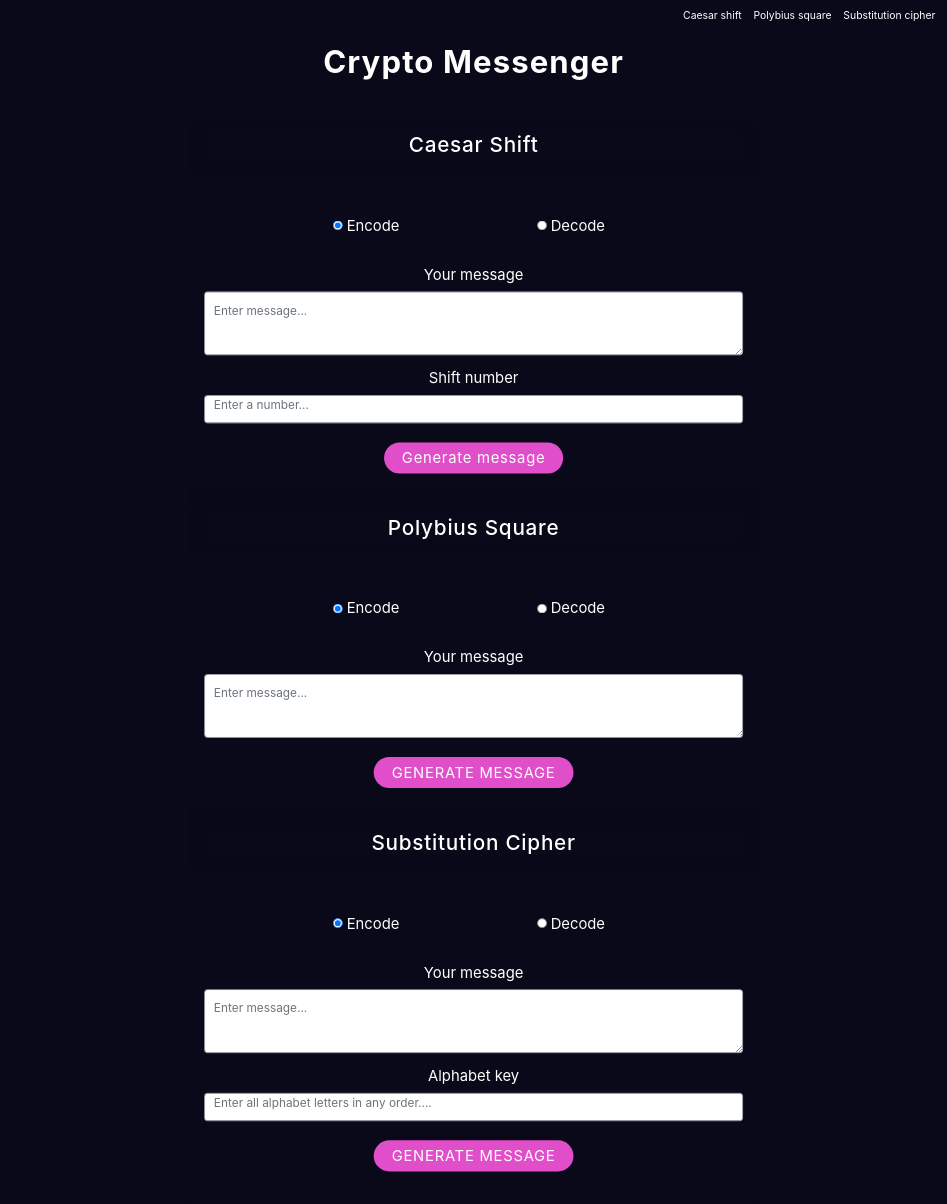
Repository: Rthompson2548/Project-Decoder-Ring
Page: index.html
An editor plug-in stored every save of this project. The page is shown before and after the next save, followed by the edit.
The browser window is 1280 px wide. The pictures show the whole page, at 74% of full size.

Above is the page before, as saved 2022-04-09 20:29:19.

After the next save:
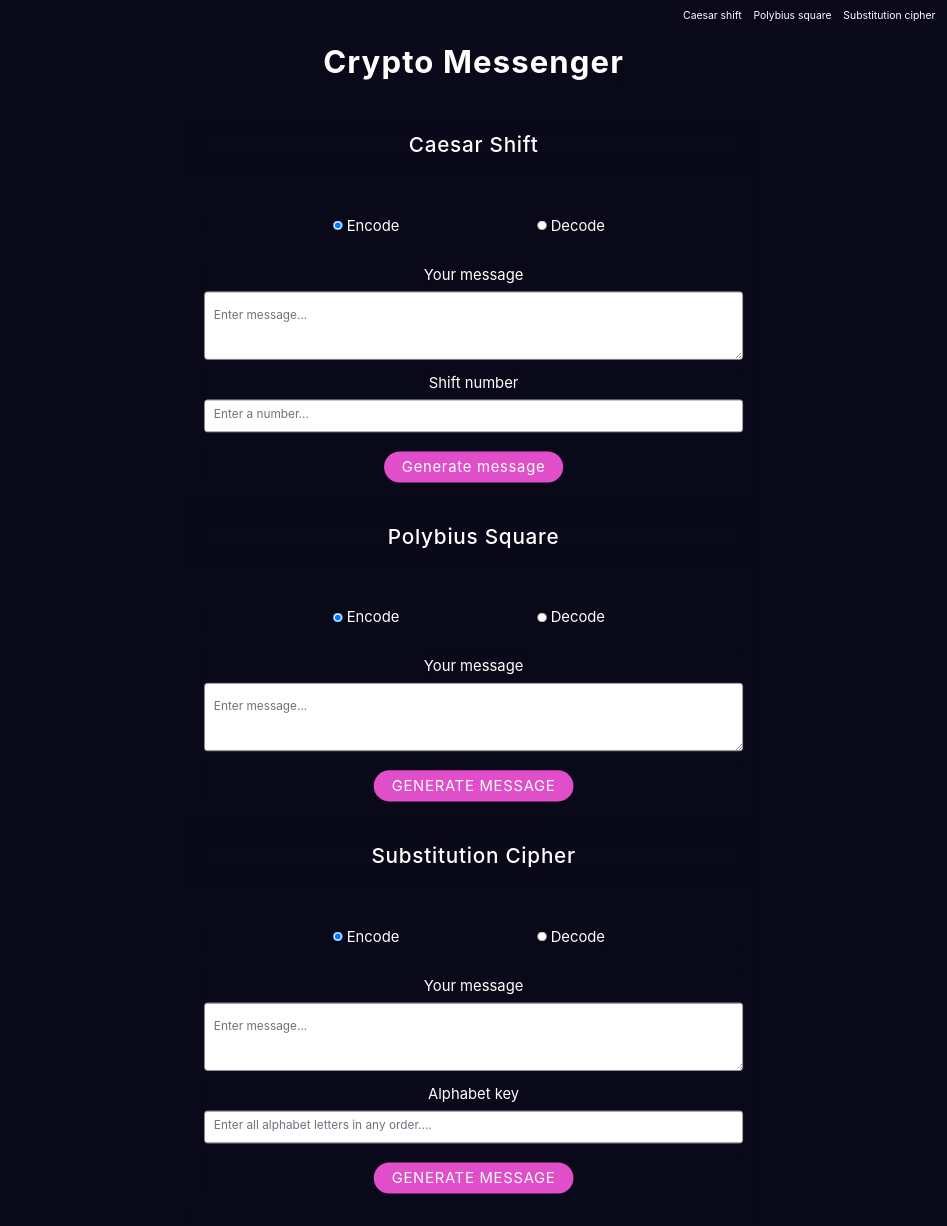
Saved 7 s later.
--- a/index.css
+++ b/index.css
@@ -14,7 +14,7 @@ html, body, #page {
 input, textarea {
   font-size: 16px !important;
   border-radius: 15px;
-  padding: 12px 24px 24px 12px !important;
+  padding: 18px 24px 24px 12px !important;
 }
 
 .page-content {
